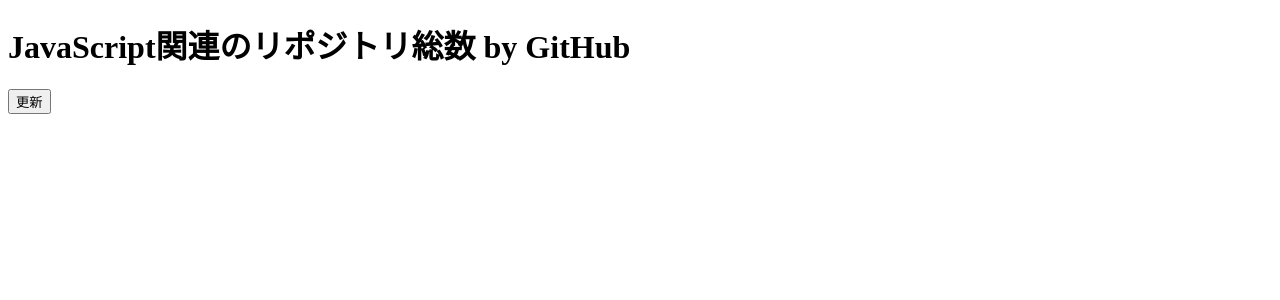
Repository: myojosamurai/Samurai_JS-
Page: javascript1/index11-5.html
The author's editor kept a record of every edit. The page is drawn from the files as they stood at one moment, then again after the next edit.
The browser window is 1280 px wide. The pictures show the whole page.

Above is the page before.

### javascript1/index11-5.html
<!DOCTYPE html>
<html lang="ja">
  <head>
    <meta charset="utf-8">
    <title>11.5演習問題</title>
  </head>
<body>
  <h1>JavaScript関連のリポジトリ総数 by GitHub</h1>
  <button id="btn">更新</button>
  <p id="sousuu"></p>

  <script>
    const url = 'https://api.github.com/search/repositories?q=javascript';
    const btn = document.getElementById('btn');
    const sousuu = document.getElementById('sousuu');

    btn.addEventListener('click', () => {
        sousuu.innerHTML = ''; // 結果表示部分をリセット

        fetch(url)
        .then(data => data.json())
        .then(data => {
            data.forEach(item => createSentence(item))
        })
    })

    const createSentence = item => {
        const p = document.createElement('p');
        p.textContent = 'リポジトリの総数は'+item.title+'件です！';
        sousuu.appendChild(p);
    }

  </script>
</body>
</html>

After the next edit:
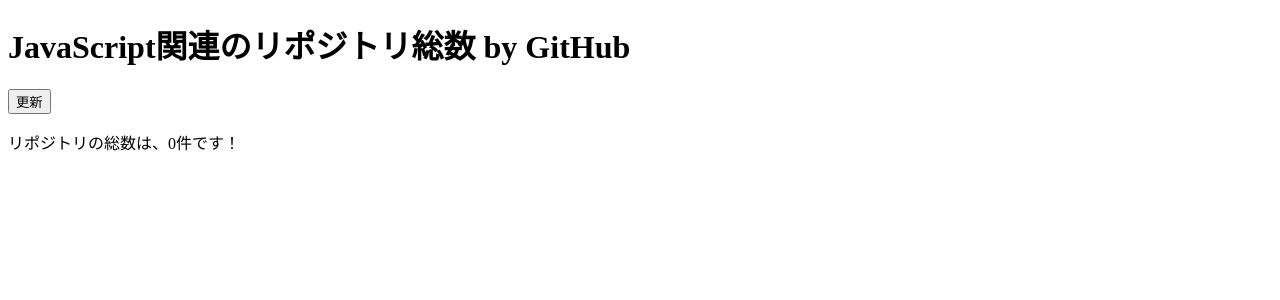
The edit:
--- a/javascript1/index11-5.html
+++ b/javascript1/index11-5.html
@@ -7,7 +7,7 @@
 <body>
   <h1>JavaScript関連のリポジトリ総数 by GitHub</h1>
   <button id="btn">更新</button>
-  <p id="sousuu"></p>
+  <p>リポジトリの総数は、<span id="sousu">0</span>件です！</p>
 
   <script>
     const url = 'https://api.github.com/search/repositories?q=javascript';
